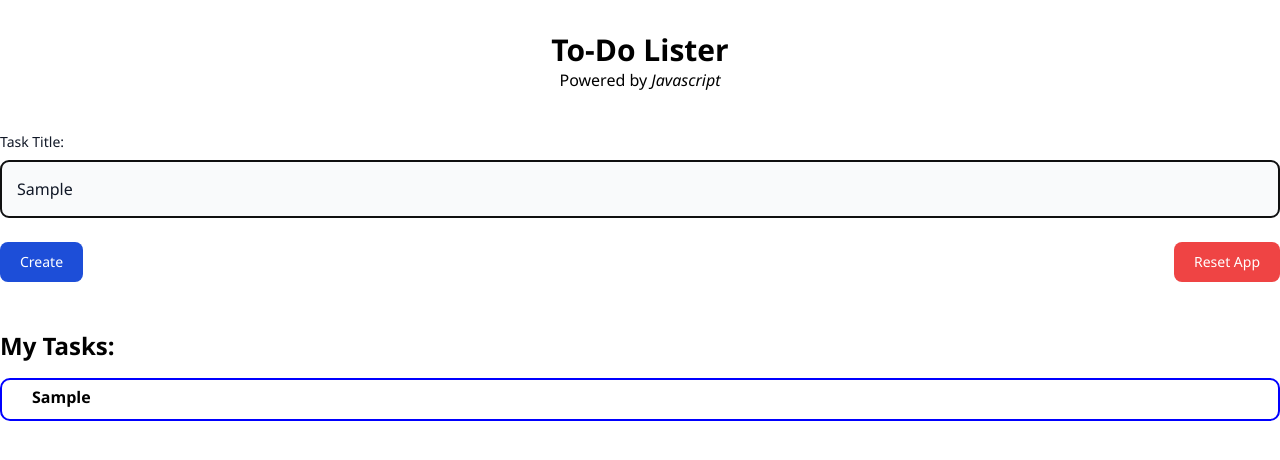
Repository: vxyux/to-do-lister
Page: index.html
These files come from the project's save history. The page is drawn as it stood at one moment and after the next save; the edit follows.
The browser window is 1280 px wide. The pictures show the whole page.
Empty fields were first filled with sample values (such as "Sample", 5 or name@example.com).
After loading, the first visible `span` was clicked once.
Some web libraries are served in a nearby version.

Above is the page before, as saved 2023-09-05 15:46:28.

After the next save:
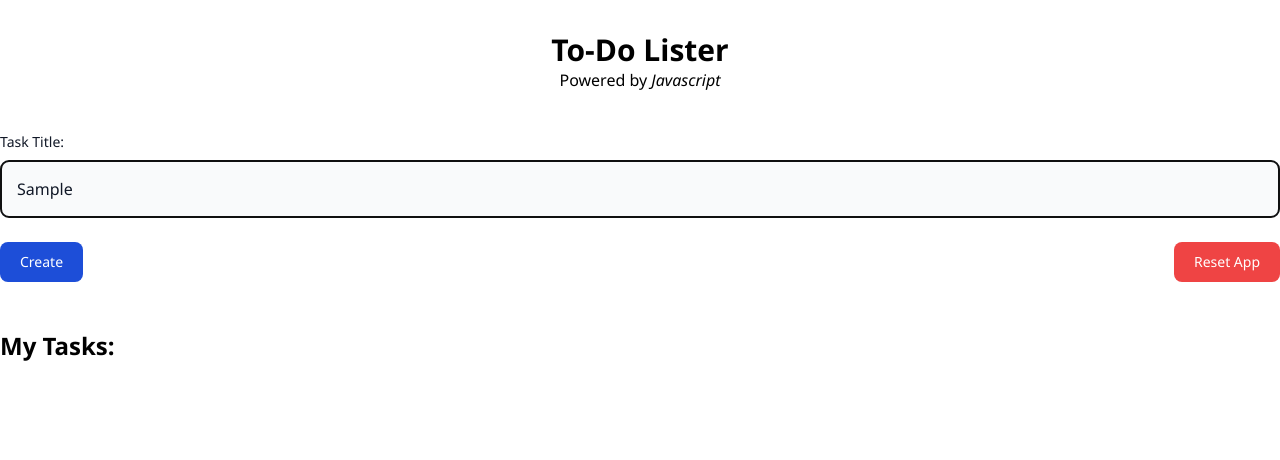
Console error: TypeError: Array.push is not a function
Saved 9 s later.
--- a/app.js
+++ b/app.js
@@ -13,7 +13,7 @@
     let allTasks = {
     };
 
-    Array.push
+    Array.push(userInput.value)
 
     console.log('The value converted to JSON is ');
     console.log(JSON.stringify(allTasks, null, 2));

After the 6 saves that followed:
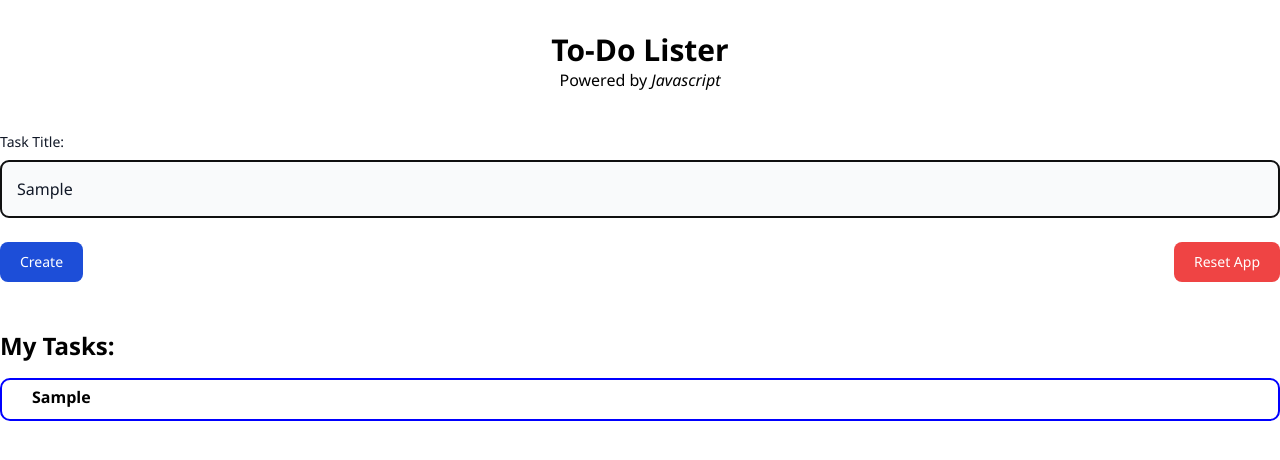
The error is gone.
The 6 saves are shown as one change because 3 left the picture as it was and some came seconds apart.
The last was saved 89 s later.
--- a/app.js
+++ b/app.js
@@ -10,10 +10,10 @@
   if (IsEmpty(userInput)) {
     // not empty
 
-    let allTasks = {
-    };
+    const allTasks = [
+    ];
 
-    Array.push(userInput.value)
+    allTasks.push(userInput.value);
 
     console.log('The value converted to JSON is ');
     console.log(JSON.stringify(allTasks, null, 2));
